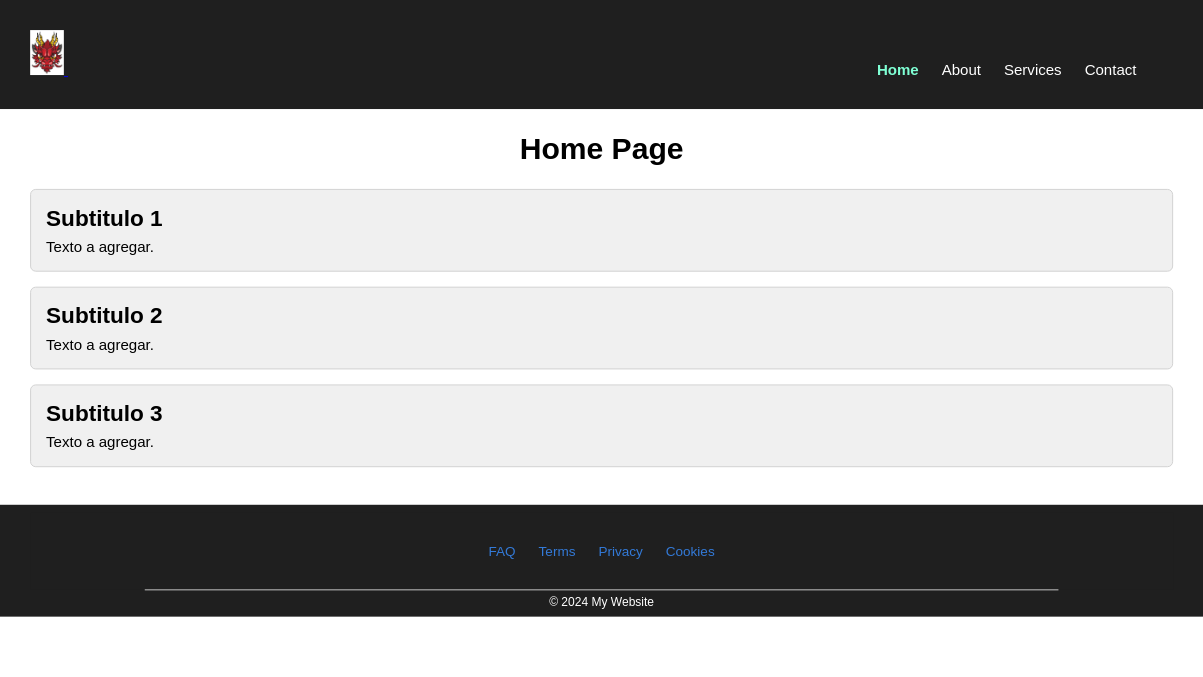
Repository: andreamm-lab/basic-navigation-example-2025-10
Page: index.html
The author's editor kept a copy of each file at every save. The page is drawn from the files as they stood at one save, then again after the next save.
The browser window is 1280 px wide. The pictures show the whole page, at 94% of full size.

Above is the page before, as saved 2025-11-06 15:53:38.

### index.html
<!DOCTYPE html>
<html lang="en">
<head>
    <meta charset="UTF-8">
    <meta name="viewport" content="width=device-width, initial-scale=1.0">
    <title>Basic Nav Example</title>
    <link rel="stylesheet" href="./main.css">
</head>
<body>
    <header>
        <!--Primary navigation-->
        <nav aria-label="Primary navigation">
            <a href="index.html">
                <img src="images/dragon.png" alt="Dragon logo">
            </a>
            <span class="spacer"></span>
            <ul>
                <li><a href="index.html" class="current">Home</a></li>
                <li><a href="pages/about.html">About</a></li>
                <li><a href="pages/services.html">Services</a></li>
                <li><a href="pages/contact.html">Contact</a></li>
            </ul>
        </nav>
    </header>

    <main class="home-main">
        <h1 id="page-title">Home Page</h1>

        <div class="card-grid">
            <article class="card">
                <h2>Subtitulo 1</h2>
                <p>Texto a agregar.</p>
            </article>
            <article class="card">
                <h2>Subtitulo 2</h2>
                <p>Texto a agregar.</p>
            </article>
            <article class="card">
                <h2>Subtitulo 3</h2>
                <p>Texto a agregar.</p>
            </article>
        </div>
    </main>

    <!--Footer navigation-->
    <footer id="main-footer">
        <nav aria-label="Footer navigation">
            <ul>
                <li><a href="#">FAQ</a></li>
                <li><a href="#">Terms</a></li>
                <li><a href="#">Privacy</a></li>
                <li><a href="#">Cookies</a></li>
            </ul>
        </nav>
        <hr class="footer-line">
        <p>© 2024 My Website</p>
    </footer>
</body>
</html>

### main.css
* {
    box-sizing: border-box;
    margin: 0;
    padding: 0;
}

body {
    font-family: Arial, Helvetica, sans-serif;
    background-color: #ffffff;
    color: #000;
}

/* header - menu - encabezado */
nav {
    padding: 32px 32px;
    min-height: 80px;
    background-color: #1F1F1F;
}

nav img {
    max-height: 48px;
    background-color: white;
}

.spacer {
    display: inline-block;
    width: calc(100% - 40px - 320px);
}

nav ul {
    list-style: none;
    display: inline-block;
    vertical-align: bottom;
}

nav ul li {
    display: inline-block;
    margin-right: 20px;
}

nav ul li:last-child {
    margin-right: 0;
}

nav ul li a {
    text-decoration: none;
}

nav ul li a:link,
nav ul li a:visited {
    color: white;
}

nav ul li a.current {
    color: aquamarine;
    font-weight: bold;
}

nav ul li a:hover {
    color: rgb(92, 229, 0);
}

main {
    display: block;
    padding: 24px 32px;
    min-height: 400px;
}



/* Home Page Title */
#page-title {
    font-size: 2rem;
}

.home-main h1 {
    text-align: center;
    margin-bottom: 24px;
}

/* text cards */
.card-grid {
    display: block; /* vertical align */
}

.card {
    background-color: #f0f0f0;
    border: 1px solid #d0d0d0;
    border-radius: 6px;
    padding: 16px;
    margin-bottom: 16px;
}

.card h2 {
    margin-bottom: 8px;
}

/* Side menu on Services */
.page {
    display: block;
}

.main-content {
    display: inline-block;
    width: 69%;
    vertical-align: top;
}

.side-nav {
    display: inline-block;
    width: 28%;
    background-color: #2a2a2a;
    color: #fff;
    margin-left: 1%;
    padding: 16px;
    min-height: 320px;
    border: 1px solid #000;
}

.side-nav h2 {
    margin-bottom: 12px;
}

.side-nav ul {
    list-style: none;
}

.side-nav ul li {
    margin-bottom: 8px;
    display: block;
}

.side-nav ul li a {
    color: #4bb4ff;
    text-decoration: none;
}

.side-nav ul li a:hover {
    text-decoration: underline;
}

/* footer */

/* FAQ, Terms, etc. */

#main-footer nav ul {
    display: inline-block;
    list-style: none;
    margin-bottom: 0px; /* Distance between FAQ text and white line */
}

#main-footer nav ul li {
    display: inline-block;
    margin: 0 10px; /*Distance between words in footer: FAQ, Terms, etc. */
}

#main-footer nav ul li a {
    color: rgb(51, 122, 216); /* Text color */
    text-decoration: none;
    font-size: 0.9rem;
}

/* Last Line Text: My Website */
#main-footer {
    background-color: #1F1F1F;
    color: rgb(255, 255, 255);
    text-align: center;
    padding: 8px 32px; /* 1st number: inferior margin | 2nd: weight and it affects the line also. */
}


#main-footer p {
    font-size: 0.8rem; /* Font size. 'P' is necesary because */
}



.footer-line {
  border: none;
  border-top: 1px solid #ccc;
  margin: 0px auto 5px;
  width: 80%;
}

After the next save:
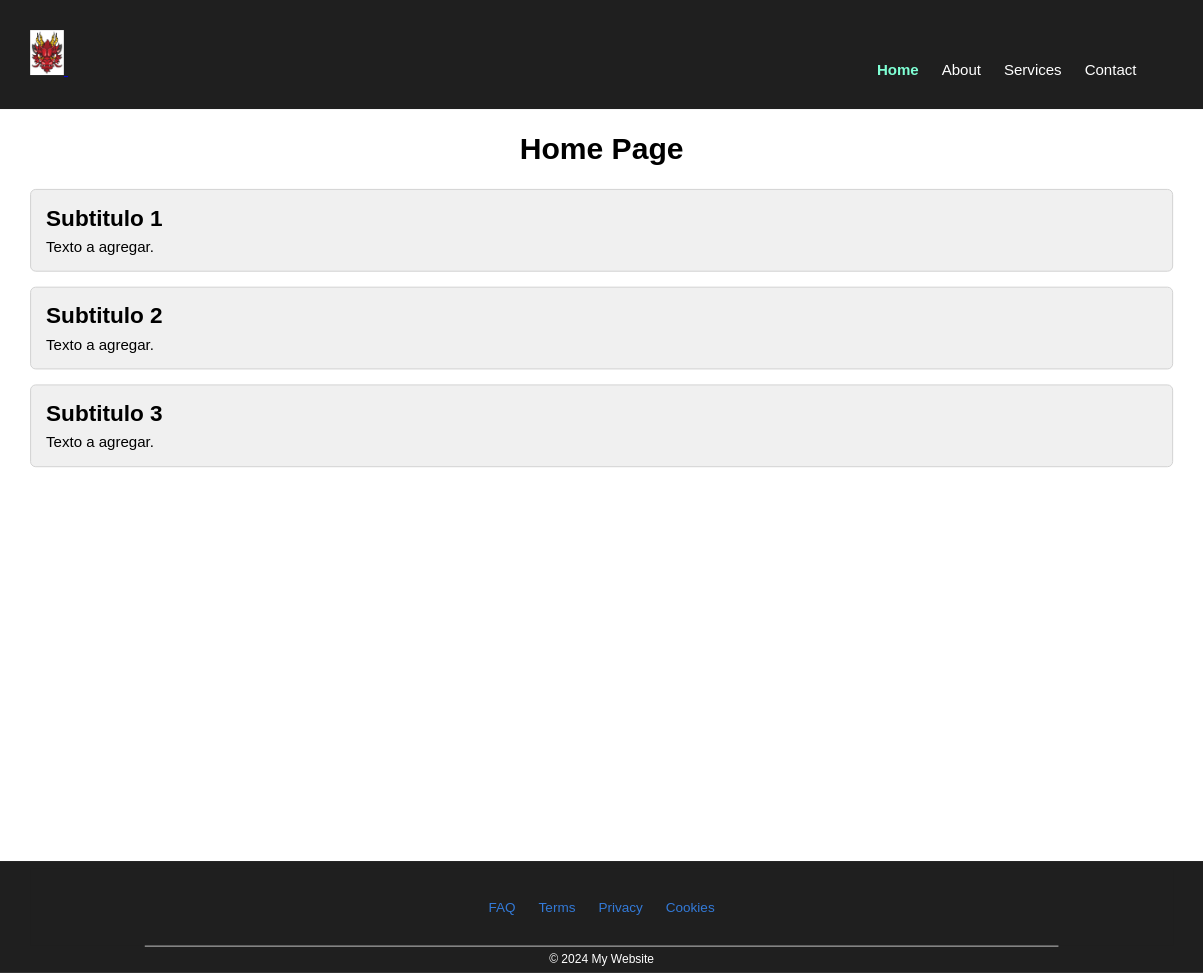
Saved 2 h 6 min later.
--- a/main.css
+++ b/main.css
@@ -63,7 +63,7 @@
 main {
     display: block;
     padding: 24px 32px;
-    min-height: 400px;
+    min-height: 800px;
 }
 
 

After the save that followed:
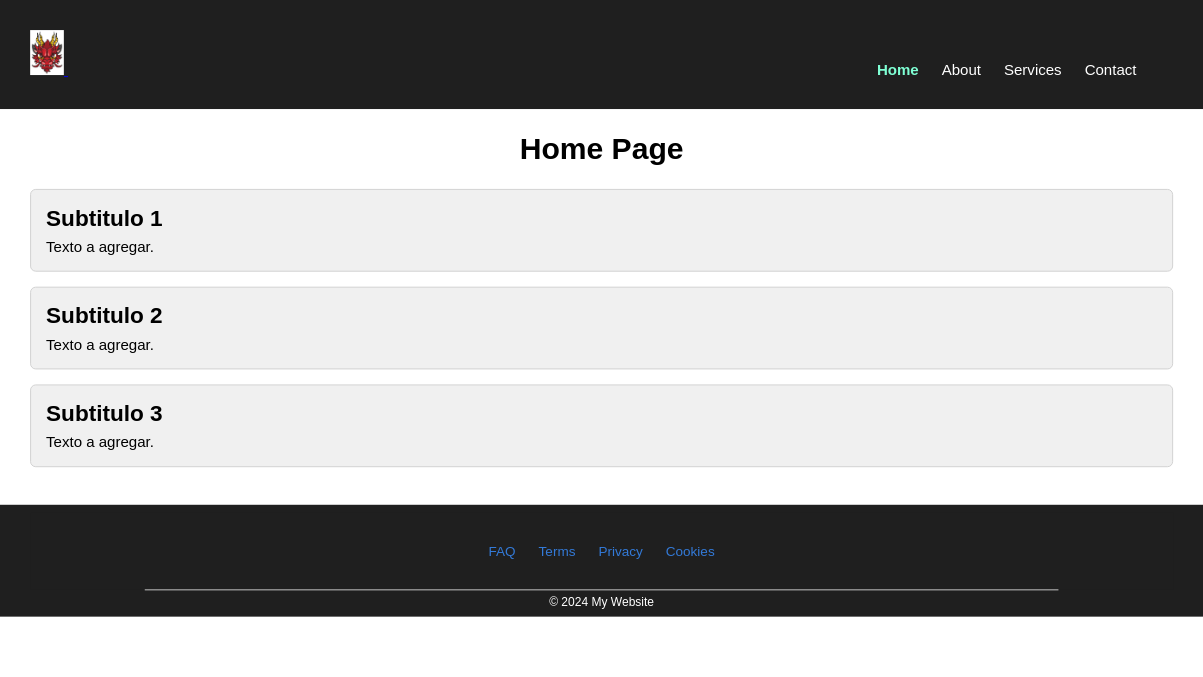
Saved 18 s later.
--- a/main.css
+++ b/main.css
@@ -63,7 +63,7 @@
 main {
     display: block;
     padding: 24px 32px;
-    min-height: 800px;
+    min-height: 400px;
 }
 
 
